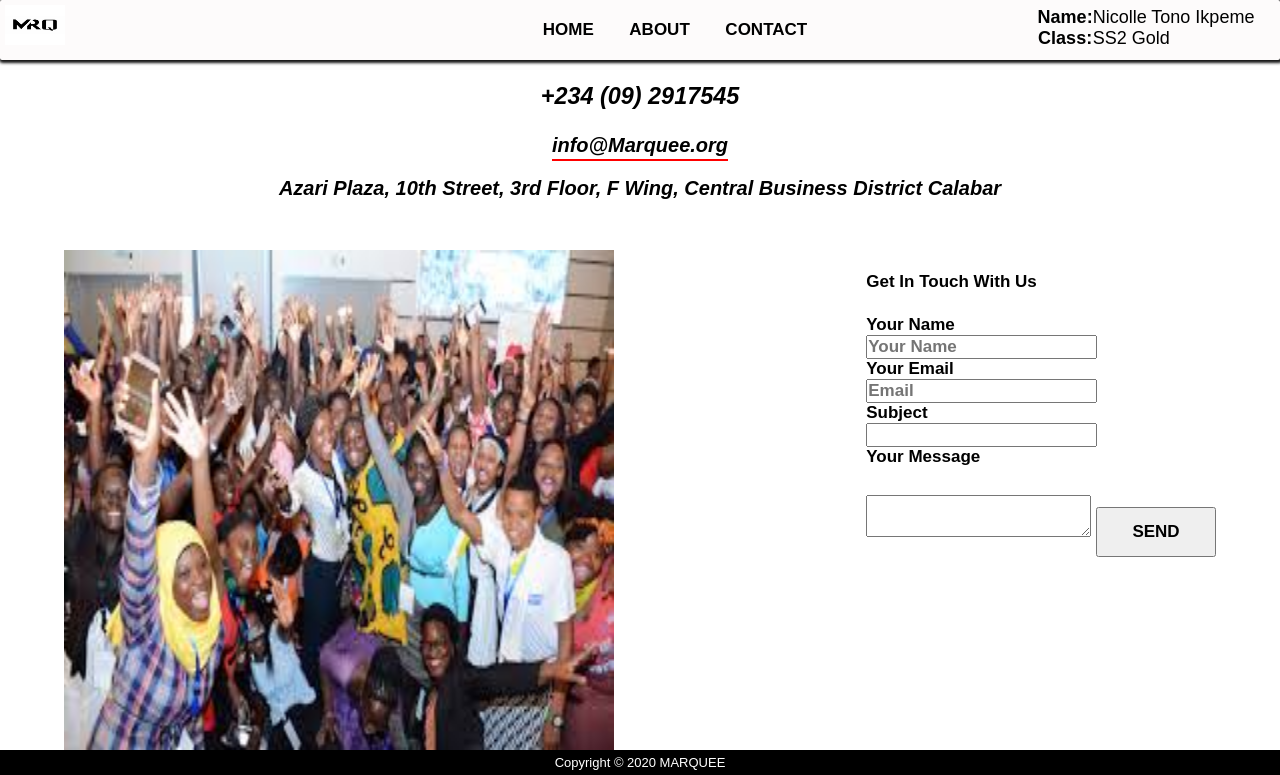
Repository: pboi18/Marquee.org
Page: contact.html
The author's editor kept a copy of each file at every save. The page is drawn from the files as they stood at one save, then again after the next save.
The browser window is 1280 px wide. The pictures show the whole page.

Above is the page before, as saved 2020-07-11 21:28:22.

### contact.html
<!DOCTYPE html>
<html>
    <head>
        <meta charset="utf-8">
        <link rel="icon" type="image/png" sizes="16x16" href="img/logo.png">
        <title>Marquee</title>

        <link rel="stylesheet" href="style.css" >
        <link rel="stylesheet" href="normalize.css" >


    </head>

    <body>
            <nav class="main">

                    <div class="navbar2">

                        <img src="img/logo.png" alt="MARQUEE" class="logo">

                        <ul class="main-nav">
                            <li>
                                <a href="home.html">
                                    Home
                                </a>
                            </li>

                            <li>
                                <a href="about.html">
                                    ABOUT
                                </a>
                            </li>

                            <li>
                                <a href="contact.html">
                                    CONTACT
                                </a>
                            </li>

                        </ul>

                        <table class="id">
                            <tr>
                                <th>Name:</th>
                                <td> Nicolle Tono Ikpeme</td>
                            </tr>

                            <tr>
                                <th>Class:</th>
                                <td> SS2 Gold</td>
                            </tr>

                        </table>



                </div>

            </nav>

            <div class="con">
                <div class="contact">
                    <address>
                        <h3>+234 (09) 2917545</h3>
                        <a href="info@Marquee.org" style="text-decoration: none; color: black;
                        font-weight: bold; border-bottom: 2px solid red; padding-bottom: 3px;">
                            info@Marquee.org
                        </a><br>
                        <p style="font-weight: bold;">Azari Plaza, 10th Street, 3rd Floor, F Wing, Central Business District Calabar</p>
                    </address>
                </div>


                <div style="height: 500px;">
                    <img src="img/images.jpg" alt="Happy women" class="image span-1-of-2">

                    <form class="form2 span-1-of-2">
                        <h4 >Get In Touch With Us</h4>
                        <label>Your Name </label>
                        <input type="text" name="Name" placeholder="Your Name" required >
                        <label>Your Email</label>
                        <input type="email"  placeholder="Email" required >
                        <label>Subject</label>
                        <input type="text" >
                        <label>Your Message</label>
                        <textarea ></textarea>
                        <!-- <input type="submit" value="SEND" name="send" style="margin-top: 40px;"> -->

                        <button type="submit" style="margin-top: 40px; width: 120px; height: 50px;">SEND</button>

                    </form>

                </div>
            </div>

        <footer>
            <P style="color: white; text-align: center; margin: 0; font-size: small; padding: 5px;">
                Copyright &copy; 2020 MARQUEE
            </P>
        </footer>
    </body>
</html>

### style.css
* {
    margin: o;
    padding: 0;
    box-sizing: border-box;
}

html {
    background-color: #fff;
    max-width: 100%;
    font-size: 20px;
    font-weight: 300;
    font-family: Arial, Helvetica, sans-serif;
    text-rendering: optimizeLegibility;
}



h1 {
    margin: 0;
}

label {
    display: block;
}

/* header {
    background-image: linear-gradient( rgba(0, 0, 0, 0.4), rgba(0, 0, 0, 0.4)), url(img/home.jpg);
    height: 100vh;
    background-size: cover;
    background-position: center;
} */


.logo {
    height: 40px;
    width: 60px;
    float: left;
    margin: 5px;
}

.main-nav {
    list-style: none;
    margin: auto;
    margin-top: 10px;
    text-align: center;


}

.main-nav li {
    display: inline-block;
    margin: 10px 15px;
    font-size: 85%;

}

.main-nav li a:link,
.main-nav li a:visited {
    color: #000;
    text-decoration: none;
    text-transform: uppercase;
    font-weight: bold;
    padding: 3px 0px;
    border-bottom: 3px solid transparent;
    transition: border-bottom 0.2s;
}

.main-nav li a:hover,
.main-nav li a:active {
    border-bottom: 3px solid rgb(158, 0, 0);
}
.id {
    float: right;
    margin-right: 5px;
    margin: auto;
    position: absolute;
    top: 1%;
    right: 2%;
    padding: 10px;
    font-size: 90%;

}

.navbar {
    height: 50px;
    width: 100%;
    display: inline-block;
    border-radius: 2px;
    box-shadow: 0px 3px -1px 2px rgb(190, 189, 189);
    position: fixed;
    background-color: rgb(253, 251, 251);
}

.navbar2 {
    height: 60px;
    width: 100%;
    display: inline-block;
    border-radius: 2px;
    box-shadow: 1px 1px 3px 2px rgb(20, 20, 20);
    /* position: fixed; */
    background-color: rgb(253, 251, 251);
}

.numb {
    border: solid 5px rgb(63, 62, 62);
    text-align: center;
    width: 40px;
    height: 30px;
    align-self: center;
    border-radius: 50%;
    margin: auto;
    background-color: rgb(63, 62, 62);
    color: white;
}
.wup {
    padding-top: 10px;

    background: linear-gradient(180deg, #DF2828 5.21%, rgba(223, 40, 40, 0.427083) 55.73%, rgba(223, 40, 40, 0.427083) 64.06%, rgba(223, 40, 40, 0.427083) 73.44%, rgba(222, 17, 17, 0.427083) 100%, rgba(170, 77, 77, 0) 100%);
}

.cover {
    border-radius: 5px;
    margin: auto;
}

.sec {
    background-color: black;
    height: 250px;
    width: 100%;
    text-align: center;
}



main {
    /* width: 1000px; */
    margin: auto;
}

.con {
    width: 90%;
    margin: auto;
    ;

}
.contact {
    text-align: center;
    margin: auto;
    margin-bottom: 50px;
}
.image {
    width: 550px;
    height: 500px;
    float: left;
}

.form2 {
    float: right;
    text-align: left;
    font-size: 85%;
    font-weight: bold;
}

footer {
    background-color: #000;
}

Loaded but not shown: normalize.css (library)

After the next save:
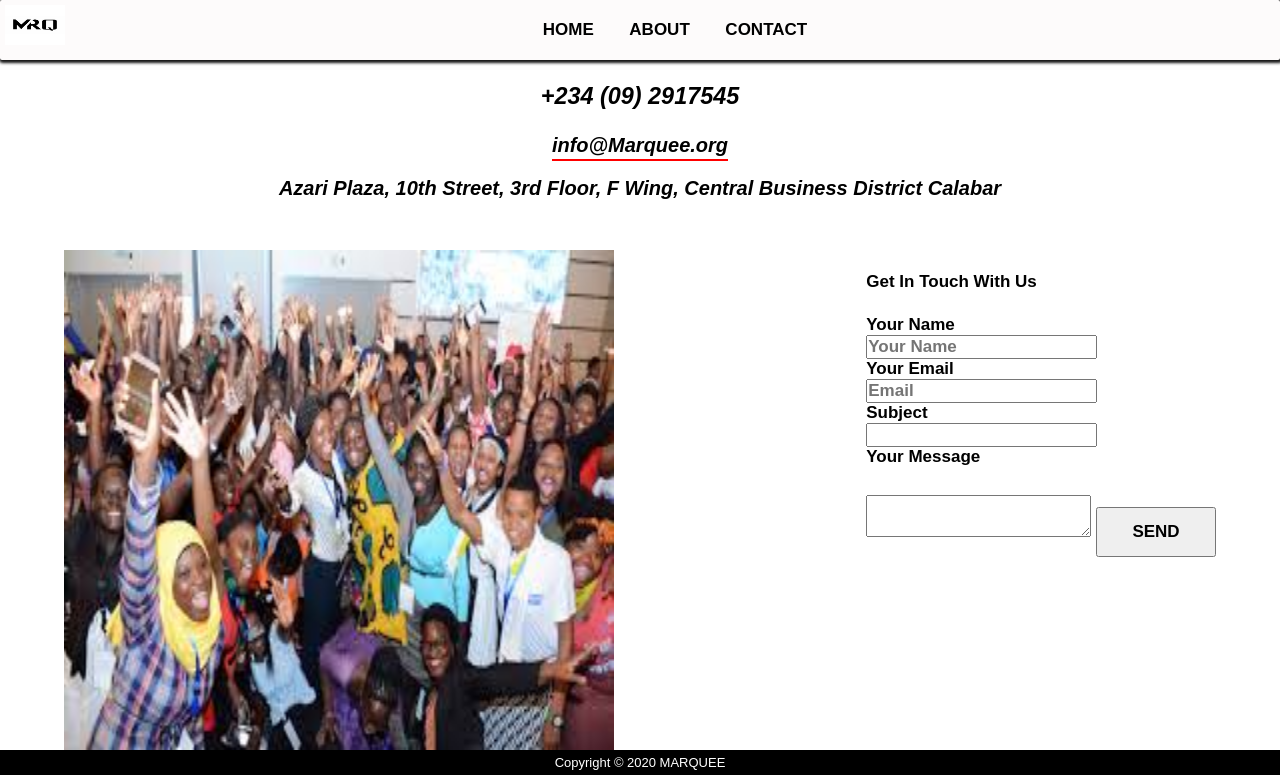
Saved 53 s later.
--- a/contact.html
+++ b/contact.html
@@ -39,18 +39,7 @@
 
                         </ul>
 
-                        <table class="id">
-                            <tr>
-                                <th>Name:</th>
-                                <td> Nicolle Tono Ikpeme</td>
-                            </tr>
 
-                            <tr>
-                                <th>Class:</th>
-                                <td> SS2 Gold</td>
-                            </tr>
-
-                        </table>
 
 
 
